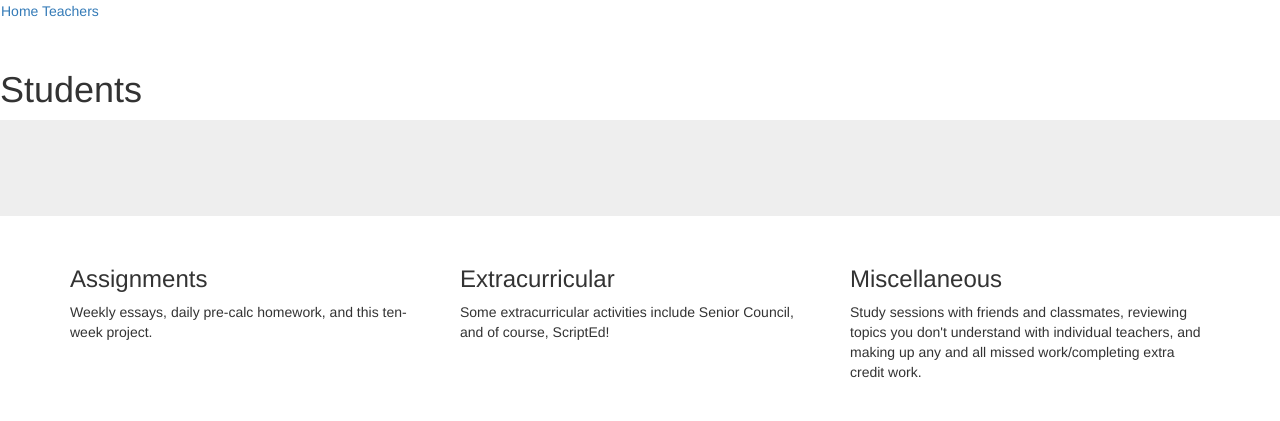
Repository: NiaDavis/studyplanner
Page: students.html
The author's editor kept a record of every edit. The page is drawn from the files as they stood at one moment, then again after the next edit.
The browser window is 1280 px wide. The pictures show the whole page.
Some web libraries are served in a nearby version.

Above is the page before.

### students.html
<!DOCTYPE html>
<html>
  <head>
    <link rel="stylesheet" href="home.css" type="text/css" />
    <meta charset="UTF-8">
    <title>title</title>
    <link rel="stylesheet" href="https://maxcdn.bootstrapcdn.com/bootstrap/3.3.7/css/bootstrap.min.css">
    <script src="https://ajax.googleapis.com/ajax/libs/jquery/3.2.1/jquery.min.js"></script>
    <script src="https://maxcdn.bootstrapcdn.com/bootstrap/3.3.7/js/bootstrap.min.js"></script>
  </head>
  <body>
    <div class="navbar">
      <a href="home.html">Home</a>
      <a href="teachers.html">Teachers</a>
    </div>
    <h1>Students</h1>
    <div class="jumbotron text-center">

    </div>
    <div class="container">
      <div class="row">
        <div class="col-sm-4">
          <h3>Assignments</h3>
          <p>Weekly essays, daily pre-calc homework, and this ten-week project.</p>
        </div>
        <div class="col-sm-4">
          <h3>Extracurricular</h3>
          <p>Some extracurricular activities include Senior Council, and of course, ScriptEd!
</p>
        </div>
        <div class="col-sm-4">
          <h3>Miscellaneous</h3>
          <p>Study sessions with friends and classmates, reviewing topics you don't understand with individual teachers, and making up any and all missed work/completing extra credit work.</p>
        </div>
      </div>
    </div>
  </body>
</html>

### home.css
.background {
    color: blue;
}


ul {
    list-style-type: none;
    margin: 0;
    padding: 0;
    overflow: hidden;
    background-color: #333;
}

li {
    float: left;
}

li a {
    display: block;
    color: white;
    text-align: center;
    padding: 14px 16px;
    text-decoration: none;
}

li a:hover {
    background-color: #111;
}

ul {list-style-type: none;}
body {font-family: Verdana, sans-serif;}

.month {
    padding: 70px 25px;
    background: #1abc9c;
}

.month ul {
    margin: 0;
    padding: 0;
}

.month ul li {
    color: white;
    font-size: 20px;
    text-transform: uppercase;
    letter-spacing: 3px;
}

.month .prev {
    float: left;
    padding-top: 10px;
}

.month .next {
    float: right;
    padding-top: 10px;
}

.weekdays {
    margin: 0;
    padding: 10px 0;
    background-color:#ddd;
}

.weekdays li {
    display: inline-block;
    width: 13.6%;
    color: #666;
    text-align: center;
}

.days {
    padding: 10px 0;
    background: #eee;
    margin: 0;
}

.days li {
    list-style-type: none;
    display: inline-block;
    width: 13.6%;
    text-align: center;
    margin-bottom: 5px;
    font-size:12px;
    color:#777;
}

.days li .active {
    padding: 5px;
    background: #1abc9c;
    color: white !important
}

/* Add a black background color to the top navigation */
.topnav {
    background-color: #1abc9c;
    overflow: hidden;
}

/* Style the links inside the navigation bar */
.topnav a {
    float: left;
    display: block;
    color: #f2f2f2;
    text-align: center;
    padding: 14px 16px;
    text-decoration: none;
    font-size: 17px;
}

/* Change the color of links on hover */
.topnav a:hover {
    background-color: #ddd;
    color: black;
}

/* Add a color to the active/current link */
.topnav a.active {
    background-color: #4CAF50;
    color: white;
}

After the next edit:
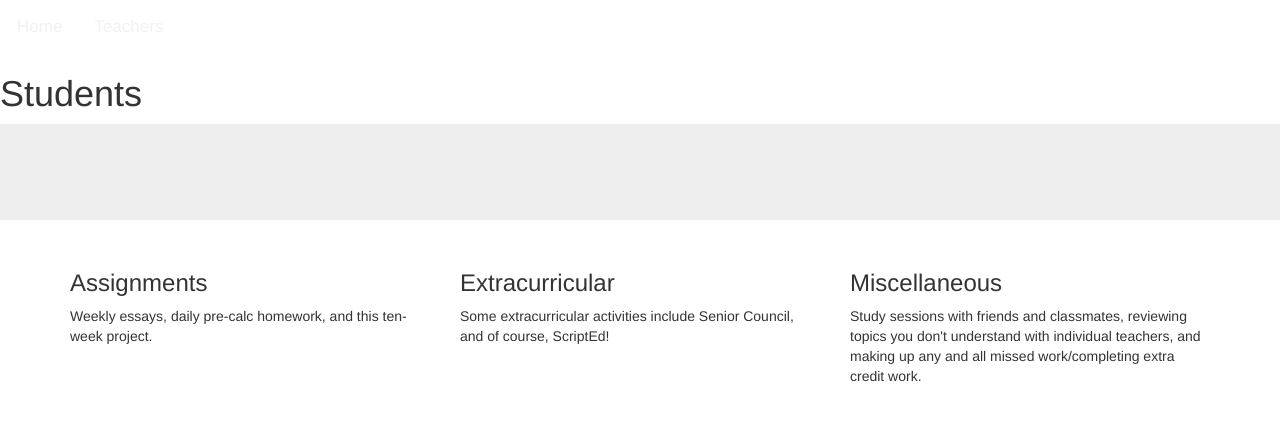
The edit:
--- a/home.css
+++ b/home.css
@@ -99,7 +99,7 @@
 }
 
 /* Style the links inside the navigation bar */
-.topnav a {
+.navbar a {
     float: left;
     display: block;
     color: #f2f2f2;
